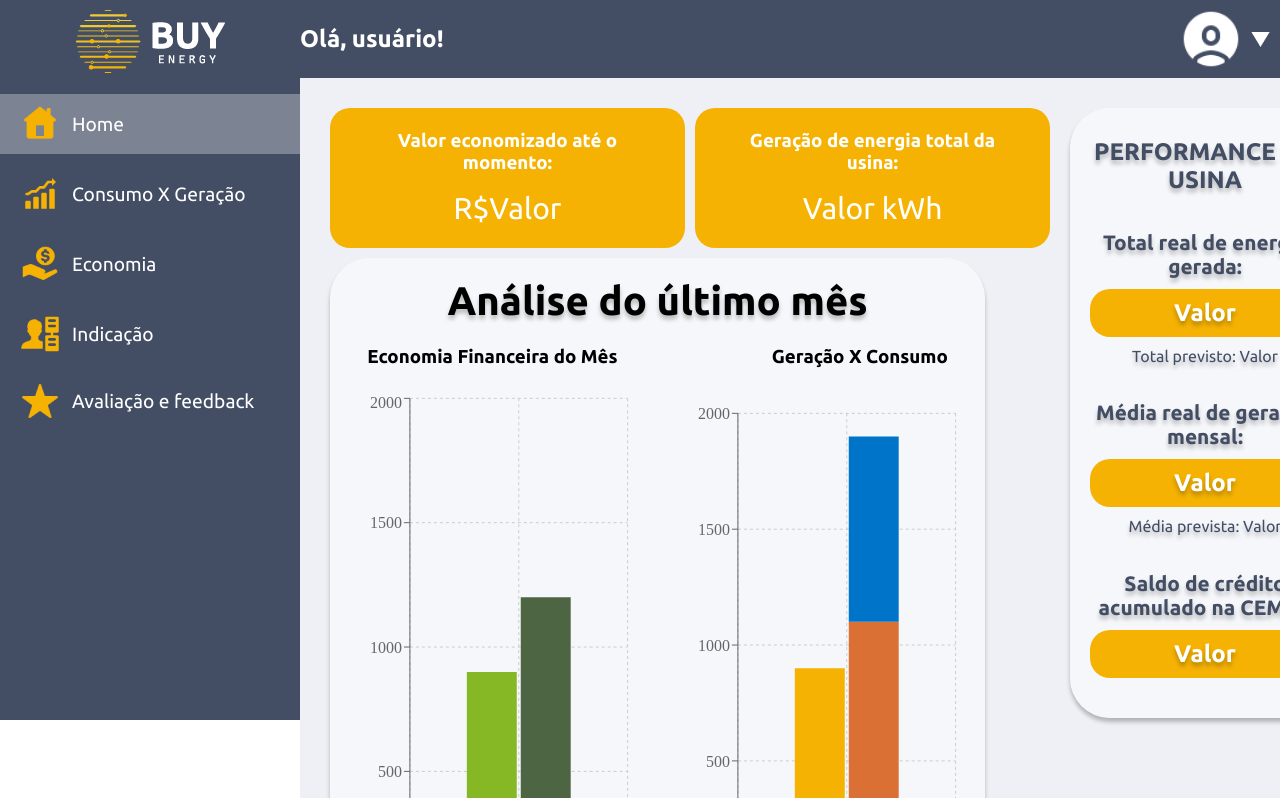
Repository: wolwerr/buyenergy-frontend
Page: /
These files come from the project's save history. The page is drawn as it stood at one moment and after the next save; the edit follows.
The browser window is 1280 px wide. The pictures show the whole page.
An inner scrolling area shows only its first screen. The project was rebuilt for these pictures with package versions that can differ from the ones it lists, and the page was loaded fresh each time. Also part of the build but not shown: src/pages/indicacao/IndicacaoStyle.js, src/pages/indicacao/IndicacaoPage.jsx, src/pages/feedback/FeedbackStyle.js, src/pages/feedback/Feedback.jsx, src/pages/login/LoginStyle.js, src/pages/login/LoginPage.jsx, src/pages/economia/EconomiaStyle.js, src/pages/economia/EconomiaPage.jsx and 10 more.

Above is the page before, as saved 2022-10-31 15:33:14.

### public/index.html
<!DOCTYPE html>
<html lang="en">
  <head>
    <meta charset="utf-8" />
    <link rel="icon" href="%PUBLIC_URL%/favicon.ico" />
    <meta name="viewport" content="width=device-width, initial-scale=1" />
    <meta name="theme-color" content="#000000" />
    <meta
      name="description"
      content="Web site created using create-react-app"
    />
    <link rel="apple-touch-icon" href="%PUBLIC_URL%/logo192.png" />
    <!--
      manifest.json provides metadata used when your web app is installed on a
      user's mobile device or desktop. See https://developers.google.com/web/fundamentals/web-app-manifest/
    -->
    <link rel="manifest" href="%PUBLIC_URL%/manifest.json" />
    <!--
      Notice the use of %PUBLIC_URL% in the tags above.
      It will be replaced with the URL of the `public` folder during the build.
      Only files inside the `public` folder can be referenced from the HTML.

      Unlike "/favicon.ico" or "favicon.ico", "%PUBLIC_URL%/favicon.ico" will
      work correctly both with client-side routing and a non-root public URL.
      Learn how to configure a non-root public URL by running `npm run build`.
    -->
    <link rel="stylesheet" href="style.css">
    <link rel="preconnect" href="https://fonts.googleapis.com">
    <link rel="preconnect" href="https://fonts.gstatic.com" crossorigin>
    <link href="https://fonts.googleapis.com/css2?family=Ubuntu:ital,wght@0,400;0,500;0,700;1,400;1,500;1,700&display=swap" rel="stylesheet">
    <title>Buy Energy App MVP</title>
  </head>
  <body>
    <noscript>You need to enable JavaScript to run this app.</noscript>
    <div id="root"></div>
    <!--
      This HTML file is a template.
      If you open it directly in the browser, you will see an empty page.

      You can add webfonts, meta tags, or analytics to this file.
      The build step will place the bundled scripts into the <body> tag.

      To begin the development, run `npm start` or `yarn start`.
      To create a production bundle, use `npm run build` or `yarn build`.
    -->
  </body>
</html>

### src/App.js
import { BrowserRouter as Router, Route, Routes } from "react-router-dom";
import { AppCnt } from "./assets/styles/AppStyle";
import HomePage from "./pages/home/HomePage"
import IndicacaoPage from "./pages/indicacao/IndicacaoPage"
import Feedback from "./pages/feedback/Feedback"
import LoginPage from "./pages/login/LoginPage"
import Economia from "./pages/economia/EconomiaPage"
import ErrorPage from "./pages/error/ErrorPage";
import ConsumoXGeracaoPage from "./pages/consumoGeracao/ConsumoXGeracaoPage";

function App() {
  return (
    <AppCnt>
      <Router>
        <Routes>
          <Route index path="/" element={<HomePage />} />
          <Route path="/login" element={<LoginPage />} />
          <Route path="/consumo-e-geracao" element={<ConsumoXGeracaoPage />} />
          <Route path="/economia" element={<Economia />} />
          <Route path="/indicacao" element={<IndicacaoPage />} />
          <Route path="/feedback" element={<Feedback />} />
          <Route path="*" element={<ErrorPage />}/>
        </Routes>
      </Router>
    </AppCnt>
  );
}

export default App;

### src/assets/styles/AppStyle.js
import styled from "styled-components";

export const AppCnt = styled.div`
    display: flex;
    flex-direction: row;
`

### src/pages/home/HomePage.jsx
import Header from "../../layouts/header/Header";
import Main from "../../layouts/main/Main";
import {
  BotaoAmareloContainer,
  BotaoIndicacao,
  DivBarraLateral,
  Grafico,
  MainStyle,
} from "./HomePageStyle";
import ValorTotal from "../../components/home/ValorTotal";
import DadosPerformance from "../../components/home/DadosPerformance";
import NavMenu from "../../layouts/navMenu/NavMenu";
import GraficoEconomiaFinanceira from "../../components/home/GraficoEconomiaFinanceira";
import GraficoConsumoGeracao from "../../components/home/GraficoConsumoGeracao";

export default function HomePage({ userName = "usuário", value = "Valor" }) {
  return (
    <>
      <NavMenu page="home" />
      <Main>
        <MainStyle>
          <BotaoAmareloContainer>
            <ValorTotal
              title={`Valor economizado até o momento:`}
              description="R$"
              descriptionValue={value}
            />
            <ValorTotal
              title="Geração de energia total da usina:"
              description={value}
              descriptionValue=" kWh"
            />
          </BotaoAmareloContainer>
          <Grafico>
            <h1>Análise do último mês</h1>
            <div className="Tittle">
              <h3>Economia Financeira do Mês</h3>
              <h3>Geração X Consumo</h3>
            </div>
            <div className="divFlex">
              <GraficoEconomiaFinanceira />
              <GraficoConsumoGeracao />
            </div>
          </Grafico>
          <DivBarraLateral>
            <h1>Performance da Usina</h1>
            <DadosPerformance
              title="Total real de energia gerada:"
              value={value}
              description="Total previsto: "
              descriptionValue={value}
            />
            <DadosPerformance
              title="Média real de geração mensal:"
              value={value}
              description="Média prevista: "
              descriptionValue={value}
            />
            <DadosPerformance
              title="Saldo de crédito acumulado na CEMIG:"
              value={value}
              description=""
              descriptionValue=""
            />
          </DivBarraLateral>
          <BotaoIndicacao to="/indicacao">
            <p>Indique amigos e ganhe comissões nas vendas</p>
            <span>Saiba mais &gt;</span>
          </BotaoIndicacao>
        </MainStyle>
      </Main>
      <Header userName={userName} />
    </>
  );
}

### src/layouts/header/Header.jsx
import React, { useEffect, useState } from 'react'
import { HeaderCnt, HeaderIconsLeft, ProfileImg, ProfileOptIcon, ProfileOptions } from './HeaderStyle'
import ProfileIcon from '../../assets/images/icons/test-account.png'
import ProfileOptionsIcon from '../../assets/images/icons/triangulo-para-baixo.png'

export default function Header({
    userName = 'usuário',
    userProfilePhoto = ProfileIcon
}) {
  const [profileOptions, setprofileOptions] = useState(false)

  function toggleProfileOptions () {
    setprofileOptions(!profileOptions)
  }

  const [windowWidth, setWindowWidth] = useState(window.innerWidth)

  const detectSize = () => {
    setWindowWidth(window.innerWidth)
  }

  useEffect(() => {
    window.addEventListener('resize', detectSize)

    return () => {
      window.removeEventListener('resize', detectSize)
    }
  }, [windowWidth])

  return (
    <HeaderCnt windowWidth={`${windowWidth}`}>
        <p>Olá, {userName}!</p>
        <HeaderIconsLeft>
          <ProfileImg src={userProfilePhoto} alt="Foto do perfil do usuário" />
          <ProfileOptIcon row src={ProfileOptionsIcon} alt="" onClick={toggleProfileOptions} />
        </HeaderIconsLeft>
        {profileOptions &&
          <ProfileOptions>
            <p>Sair</p>
          </ProfileOptions>
        }
    </HeaderCnt>
  )
}

### src/layouts/main/Main.jsx
import { useEffect, useState } from 'react'
import { MainCnt } from './MainStyle'

export default function Main({ children }) {
  const [windowWidth, setWindowWidth] = useState(window.innerWidth)

  const detectSize = () => {
    setWindowWidth(window.innerWidth)
  }

  useEffect(() => {
    window.addEventListener('resize', detectSize)

    return () => {
      window.removeEventListener('resize', detectSize)
    }
  }, [windowWidth])

  return (
    <MainCnt windowWidth={`${windowWidth}`}>
        {children}
    </MainCnt>
  )
}

### src/pages/home/HomePageStyle.js
import styled from "styled-components";
import { Link } from "react-router-dom";

export const MainStyle = styled.div`
  // height: 80vh;
  margin: 50px;
  display: grid;
  grid-template-areas:
  "amarelo lateral"
  "grafico lateral"
  "grafico lateral"
  "grafico botaoIndicacao";
  grid-template-columns: 7fr 3fr;
  grid-template-rows: auto;
  grid-column-gap: 20px;
  grid-row-gap: 10px;
  align-content: space-between;

  @media(max-width: 1400px) {
    margin: 30px;
  }
`
/* inicio container lateral*/
export const DivBarraLateral = styled.div`
  grid-area: lateral;
  border-radius: 2.5em;
  background-color: rgba(255, 255, 255, 0.5);
  box-shadow: 0px 4px 4px rgba(0, 0, 0, 0.25);
  display: flex;
  flex-direction: column;
  justify-content: space-between;
  text-align: center;
  align-items: center;
  color: #434e65;
  text-shadow: 0px 4px 4px rgba(0, 0, 0, 0.25);
  font-family: Ubuntu;
  padding: 30px 20px;
  max-width: 300px;
  height: 700px;

  @media(max-width: 1400px) {
    height: 550px;
  }
  h1 {
    text-transform: uppercase;

    @media(max-width: 1400px) {
      font-size: 1.5rem;
    }
  }
  h2 {
    color: #434e65;
    margin-bottom: 10px;

    @media(max-width: 1400px) {
      font-size: 1.3rem;
    }
  }
  h3 {
    font-size: 1.5rem;
    background: #f5b203;
    border-radius: 20px;
    width: 220px;
    padding: 10px 5px;
    text-align: center;
    margin: auto;
    color: white;
    margin-bottom: 10px;
  }
`
export const BotaoAmareloContainer = styled.div`
  grid-area: amarelo;
  width: 100%;
  display: flex;
  gap: 10px;
  justify-content: center;
`
export const Grafico = styled.div`
  grid-area: grafico;
  place-content: center;
  color: #000000;
  border-radius: 40px;
  box-shadow: 0px 4px 4px rgba(0, 0, 0, 0.25);
  background-color: rgba(255, 255, 255, 0.5);
  width: 91%;
  padding-bottom: 20px;
  .divFlex {
    display: flex;
    width: 100%;
    height: 80vh;
  }
  .Tittle{
    display: flex;
    justify-content: center;
    gap: 22%;
    margin-bottom: 24px;
  }
  .Tittle h3 {
    font-size: 700 13px 'Ubuntu';
    line-height: 15px;
    padding: 5px;
    color: #000000;
  }
  h1 {
    padding: 20px 20px;
    text-align: center;
    font: 700 2.5rem 'Ubuntu';
    color: #000;
    text-shadow: 0px 4px 4px rgba(0, 0, 0, 0.25);

    @media(max-width: 1024px) {
       padding: 10px 10px;
    }
  }
`
export const BotaoIndicacao = styled(Link)`
  grid-area: botaoIndicacao;
  max-width: 300px;
  background: #434E65;
  border-radius: 20px;
  height: 110px;
  padding: 30px 20px;
  box-sizing: border-box;
  color: #fff;
  position: relative;

  @media(max-width: 1400px) {
    padding: 20px 20px;
  }

  p {
    font: 700 1.25rem/1.3 'Ubuntu';
    text-align: center;

    @media(max-width: 1400px) {
      font-size: 1.1rem;
    }
  }

  span {
    font: 500 0.8125rem 'Ubuntu';
    position: absolute;
    right: 30px;
    top: 90px;
    text-decoration: underline;

    @media(max-width: 1400px) {
      top: 75px;
    }
  }
`

### src/components/home/ValorTotal.jsx
import React from 'react'
import { BotaoAmarelo } from './ValorTotalStyle'

export default function ValorTotal({ title="Valor Gerado",description="R$",descriptionValue="valor descrito"}) {
  return (
    <BotaoAmarelo>
        <h3>{title}</h3>
        <p>{description}{descriptionValue}</p>
    </BotaoAmarelo>
  )
}

### src/components/home/DadosPerformance.jsx
import React from 'react'

export default function DadosPerformance({ title="Titulo",value="Valor",description="Previsto",descriptionValue="Valor"}) {
  return (
    <div>
        <h2>{title}</h2>
        <h3> {value}</h3>
        <p> <strong></strong>{description}{descriptionValue}</p>
    </div>
  )
}

### src/layouts/navMenu/NavMenu.jsx
import React from 'react'
import logo from '../../assets/images/logo_negativo.png'
import iconHome from '../../assets/images/icons/home-page.png'
import iconIndicacao from '../../assets/images/icons/4 - Indicação.png'
import iconGeracaoConsumo from '../../assets/images/icons/2 - Geração x Consumo.png'
import iconEconomia from '../../assets/images/icons/3 - Economia.png'
import iconFeedback from '../../assets/images/icons/star.png'
import { NavCnt, LogoImgLink, UlNavMenu, LiNavMenu, NavIconImg, LiSpan, LinkNav, } from './NavMenuStyle'

export default function NavMenu({ page="" }) {

  return (
    <NavCnt>
      <div>
        <LogoImgLink  to="/">
            <img src={logo} alt="" />
        </LogoImgLink>
        <UlNavMenu>
            <LiNavMenu>
              <LinkNav to="/" active={page === "home" ? "active"  : ""}>
                <NavIconImg src={iconHome} alt=''/>
                <LiSpan active={page === "home" ? "active"  : ""}>Home</LiSpan>
              </LinkNav>
            </LiNavMenu>
            <LiNavMenu>
              <LinkNav to="/consumo-e-geracao" active={page === "consumoGeracao" ? "active"  : ""}>
                <NavIconImg src={iconGeracaoConsumo} alt=''/>
                <LiSpan active={page === "indicacao" ? "active"  : ""}>Consumo X Geração</LiSpan>
              </LinkNav>
            </LiNavMenu>
            <LiNavMenu>
              <LinkNav to="/economia" active={page === "economia" ? "active"  : ""}>
                <NavIconImg src={iconEconomia} alt=''/>
                <LiSpan active={page === "indicacao" ? "active"  : ""}>Economia</LiSpan>
              </LinkNav>
            </LiNavMenu>
            <LiNavMenu>
              <LinkNav to="/indicacao" active={page === "indicacao" ? "active"  : ""}>
                <NavIconImg src={iconIndicacao} alt=''/>
                <LiSpan active={page === "indicacao" ? "active"  : ""}>Indicação</LiSpan>
              </LinkNav>
            </LiNavMenu>
            <LiNavMenu>
              <LinkNav to="/feedback" active={page === "feedback" ? "active"  : ""}>
                <NavIconImg src={iconFeedback} alt=''/>
                <LiSpan active={page === "feedback" ? "active"  : ""}>Avaliação e feedback</LiSpan>
              </LinkNav>
            </LiNavMenu>
        </UlNavMenu>
      </div>
    </NavCnt>
  )
}

### src/components/home/GraficoEconomiaFinanceira.jsx
import React, { PureComponent } from 'react';
import { BarChart, Bar, Cell, XAxis, YAxis, CartesianGrid, Tooltip, Legend, ResponsiveContainer } from 'recharts';

const data = [
  {
    reais: 2000,
    name: 'maio/2022',
    "Com a usina você pagou": 900,
    "Sem a usina você pagaria": 1200,
  }
];

export default class GraficoEconomiaFinanceira extends PureComponent {
  static demoUrl = 'https://codesandbox.io/s/simple-bar-chart-tpz8r';

  render() {
    return (
      <ResponsiveContainer width="100%" height="100%">
        <BarChart
          width={500}
          height={300}
          data={data}
          margin={{
            top: 5,
            right: 30,
            left: 20,
            bottom: 5,
          }}
        >
          <CartesianGrid strokeDasharray="3 3" />
          <XAxis dataKey="name" />
          <YAxis dataKey="reais"/>
          <Tooltip />
          <Legend />
          <Bar dataKey="Com a usina você pagou" fill="#85B824" barSize={50}/>
          <Bar dataKey="Sem a usina você pagaria" fill="#4E6543" barSize={50}/>
        </BarChart>
      </ResponsiveContainer>
    );
  }
}

### src/components/home/GraficoConsumoGeracao.jsx
import React, { PureComponent } from 'react';
import { BarChart, Bar, Cell, XAxis, YAxis, CartesianGrid, Tooltip, Legend, ResponsiveContainer } from 'recharts';

const data = [
  {
    reais: 2000,
    name: 'maio/2022',
    "Sua geração total do mês": 900,
    "Energia consumida da sua Usina": 1100,
    "Energia consumida da CEMIG": 800,
  },
];

export default class GraficoConsumoGeracao extends PureComponent {
  static demoUrl = 'https://codesandbox.io/s/mixed-bar-chart-q4hgc';

  render() {
    return (
      <ResponsiveContainer width="100%" height="100%">
        <BarChart
          width={500}
          height={300}
          data={data}
          margin={{
            top: 20,
            right: 30,
            left: 20,
            bottom: 5,
          }}
        >
          <CartesianGrid strokeDasharray="3 3" />
          <XAxis dataKey="name" />
          <YAxis dataKey="reais" />
          <Tooltip />
          <Legend />
          <Bar dataKey="Sua geração total do mês" fill="#F5B203" barSize={50}/>
          <Bar dataKey="Energia consumida da sua Usina" stackId="a" fill="#DA7034" barSize={50}/>
          <Bar dataKey="Energia consumida da CEMIG" stackId="a" fill="#0074C9" barSize={50}/>
        </BarChart>
      </ResponsiveContainer>
    );
  }
}

### src/layouts/header/HeaderStyle.js
import styled from "styled-components";

export const HeaderCnt = styled.header`
    background-color: #434e65;
    position: fixed;
    top: 0px;
    left: 300px;
    padding: 5px 0;
    width: ${props => props.windowWidth - 300}px;
    display: flex;
    flex-flow: row nowrap;
    justify-content: space-between;
    align-items: center;

    p {
        font-size: 1.5em;
        color: white;
        font-weight: 700;
    }
`

export const HeaderIcon = styled.img`
    width: 100%;
    height: auto;
    max-width: 45px;
    margin-right: 10px;
`

export const ProfileImg = styled.img`
    width: 100%;
    height: auto;
    max-width: 60px;
    border-radius: 100px;
`

export const ProfileOptIcon = styled.img`
    width: 100%;
    height: auto;
    max-width: 20px;
    margin: 0 10px;
`

export const HeaderIconsLeft = styled.div`
    display: flex;
    flex-direction: row;
    align-items: center;
`

export const ProfileOptions = styled.div`
    background-color: #434e65;
    color: white;
    width: 100px;
    height: auto;
    position: absolute;
    top: 78px;
    right: 0px;
    border: 1px solid gray;
    text-transform: uppercase;
    border-radius: 10px;
    box-shadow: 0px 4px 4px rgba(0, 0, 0, 0.25);
    text-align: center;
    padding: 10px 0;
    margin: 0;
`

### src/layouts/main/MainStyle.js
import styled from "styled-components";
import backgroundImg from "../../assets/images/background.png"

export const MainCnt = styled.main`
    /* background-image: url(${backgroundImg});
    background-repeat: no-repeat;
    background-position: right top;
    background-size: cover; */
    // position: fixed;
    position: absolute;
    top: 78px;
    left: 300px;
    width: ${props => props.windowWidth - 300}px;
    height: 100%;
    background-color: rgb(238,240,245);
    overflow: auto;
`

### src/components/home/ValorTotalStyle.js
import styled from "styled-components";

export const BotaoAmarelo = styled.div`
  display: flex;
  flex-direction: column;
  align-items: center;
  justify-content: center;
  text-align: center;
  background-color: #f5b203;
  border-radius: 20px;
  width: 355px;
  height: 160px;
  font-size: 20px;
  color: white;
  margin: auto;

  @media(max-width: 1400px) {
    font-size: 16px;
    height: 140px;
  }

  h3 {
    font-family: 'Ubuntu';
    font-style: normal;
    text-align: center;
    padding: 0 30px;
  }

  p {
    font-size: 40px;
    font-family: ubuntu;
    font-style: bold;
    padding-top: 5%;

    @media(max-width: 1400px) {
      font-size: 30px;
    }
  }
`;

### src/layouts/navMenu/NavMenuStyle.js
import styled from "styled-components";
import { Link } from "react-router-dom";

export const NavCnt = styled.nav`
    background-color: #434e65;
    position: fixed;
    top: 0;
    left: 0;
    height: 100%;
    width: 300px;
    display: flex;
    flex-direction: column;
    justify-content: space-between;
    overflow: hidden;
`

export const LogoImgLink = styled(Link)`
    display: flex;

    img {
        text-align: center;
        margin: 10px auto;
    }
`

export const UlNavMenu = styled.ul`
    list-style: none;
    margin-block-start: 0;
    margin-block-end: 0;
    padding-inline-start: 0;
`

export const LiNavMenu = styled.li`
    color: white;
    margin: 10px 0;
`

export const NavIconImg = styled.img`
    max-width: 40px;
`

export const LiSpan = styled.span`
    margin-left: 12px;
    font-size: 1.2em;
`

export const LinkNav = styled(Link)`
    display: flex;
    align-items: center;
    background-color: ${props => props.active ? "rgba(255, 255, 255, 0.3)" : ""};
    padding: 10px 20px;

    &:link, &:visited, &:hover, &:active {
        color: white;
        text-decoration: none;
    }

    &:hover {
        font-weight: 900;
    }
`

export const BottomNavDiv = styled.div`
    margin: 10px;
`

export const PSpan = styled.span`
    font-family: 'Ubuntu';
    margin-left: 12px;
`

### public/style.css
body {
    margin: 0 auto;
}

p, li, h1, h2, h3, h4, h5, a {
    font-family: 'Ubuntu';
    margin: 0;
}

a {
    text-decoration: none;
}

Loaded but not shown: src/index.js (common file)

After the next save:
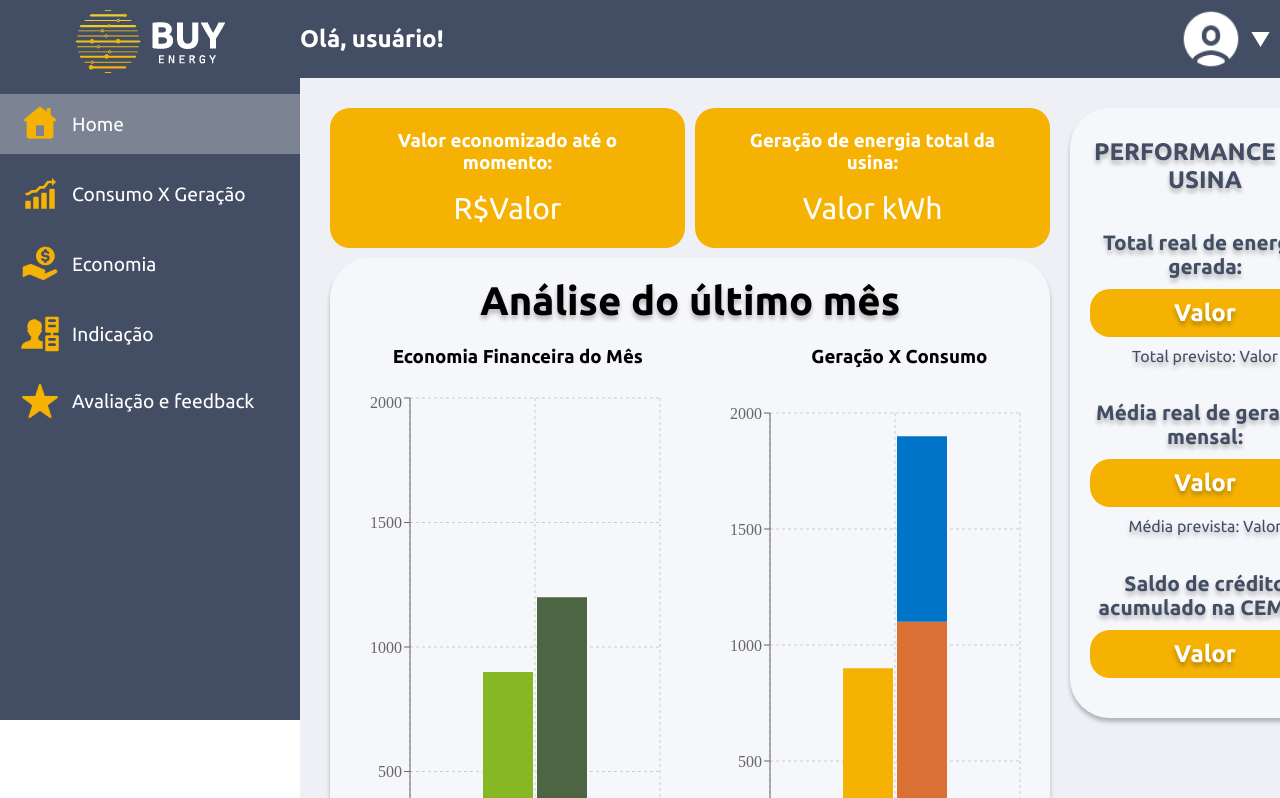
Saved 7 s later.
--- a/src/pages/home/HomePageStyle.js
+++ b/src/pages/home/HomePageStyle.js
@@ -82,7 +82,7 @@ export const Grafico = styled.div`
   border-radius: 40px;
   box-shadow: 0px 4px 4px rgba(0, 0, 0, 0.25);
   background-color: rgba(255, 255, 255, 0.5);
-  width: 91%;
+  width: 100%;
   padding-bottom: 20px;
   .divFlex {
     display: flex;
